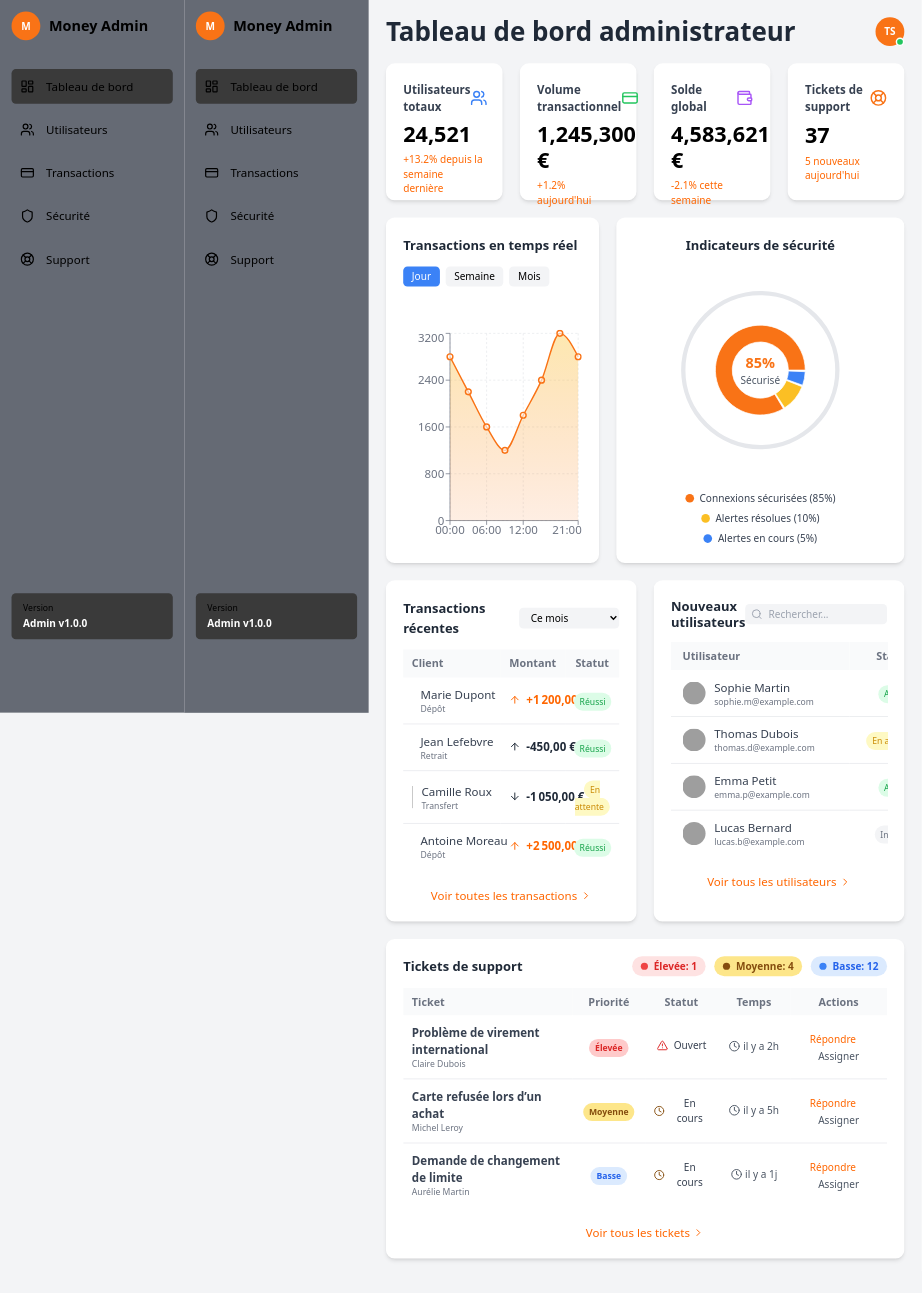
Repository: Edongo999/Dashboard
Page: /
The author's editor kept a copy of each file at every save. The page is drawn from the files as they stood at one save, then again after the next save.
The browser window is 1280 px wide. The pictures show the whole page, at 72% of full size.
Pictures or frames that could not be fetched are drawn as grey boxes. The project was rebuilt for these pictures with package versions that can differ from the ones it lists, and the page was loaded fresh each time. Also part of the build but not shown: vite.config.ts.

Above is the page before, as saved 2025-10-15 06:47:40.

### index.html
<!doctype html>
<html lang="en">
  <head>
    <meta charset="UTF-8" />
    <link rel="icon" type="image/svg+xml" href="/vite.svg" />
    <meta name="viewport" content="width=device-width, initial-scale=1.0" />
    <title>mon_dashboard</title>
  </head>
  <body>
    <div id="root"></div>
    <script type="module" src="/src/main.tsx"></script>
  </body>
</html>

### src/App.tsx
import Sidebar from "./components/Sidebar"
import StatBlock from "./components/StatBlock"
import UserAvatar from "./components/UserAvatar"
import RealtimeChart from "./components/RealtimeChart"
import SecurityIndicators from "./components/SecurityIndicators"
import RecentActivity from "./components/RecentActivity"
import NewUsersTable from "./components/NewUsersTable"
import SupportTickets from "./components/SupportTickets"
import { Users, CreditCard, Wallet, LifeBuoy } from "lucide-react"

const App = () => {
  const kpis = [
    {
      title: "Utilisateurs totaux",
      value: "24,521",
      subtext: "+13.2% depuis la semaine dernière",
      icon: <Users />,
      iconColor: "text-blue-500"
    },
    {
      title: "Volume transactionnel",
      value: "1,245,300 €",
      subtext: "+1.2% aujourd'hui",
      icon: <CreditCard />,
      iconColor: "text-green-500"
    },
    {
      title: "Solde global",
      value: "4,583,621 €",
      subtext: "-2.1% cette semaine",
      icon: <Wallet />,
      iconColor: "text-purple-500"
    },
    {
      title: "Tickets de support",
      value: "37",
      subtext: "5 nouveaux aujourd'hui",
      icon: <LifeBuoy />,
      iconColor: "text-orange-500"
    }
  ]

  return (
    <div className="flex min-h-screen bg-[#F3F4F6]">

      {/* ✅ Sidebar desktop avec fond gris dessous */}
      <div className="hidden lg:flex flex-col w-64 bg-[#F3F4F6]">
        <Sidebar />
        <div className="flex-1 bg-[#F3F4F6]" />
      </div>

      {/* ✅ Sidebar mobile en overlay */}
      <Sidebar />

      {/* ✅ Contenu principal */}
      <main className="flex-1 overflow-auto p-6">
        {/* ✅ Titre + avatar */}
        <div className="flex items-center justify-between mb-6">
          <h1 className="text-4xl font-bold text-gray-800">
            Tableau de bord administrateur
          </h1>
          <UserAvatar />
        </div>

        {/* ✅ Cartes KPI */}
        <div className="grid grid-cols-1 sm:grid-cols-2 lg:grid-cols-4 gap-6 mb-6">
          {kpis.map((kpi, i) => (
            <StatBlock key={i} {...kpi} />
          ))}
        </div>

        {/* ✅ Section monitoring élargie sur desktop */}
        <div className="grid grid-cols-1 lg:grid-cols-[1.6fr_400px] gap-6 mb-6 w-full">
          <RealtimeChart />
          <SecurityIndicators />
        </div>

        {/* ✅ Section activité + utilisateurs côte à côte */}
        <div className="grid grid-cols-1 lg:grid-cols-2 gap-6 mb-6">
          <RecentActivity />
          <NewUsersTable />
        </div>

        {/* ✅ Dernière section : tickets de support */}
        <div className="grid grid-cols-1 gap-6 mb-6">
          <SupportTickets />
        </div>
      </main>
    </div>
  )
}

export default App

### src/components/Sidebar.tsx
import {
  LayoutDashboard,
  Users,
  CreditCard,
  Shield,
  LifeBuoy,
  Menu
} from "lucide-react"
import { useState } from "react"

const Sidebar = () => {
  const [open, setOpen] = useState(false)
  const [active, setActive] = useState("Tableau de bord")

  const menuItems = [
    { label: "Tableau de bord", icon: <LayoutDashboard size={20} /> },
    { label: "Utilisateurs", icon: <Users size={20} /> },
    { label: "Transactions", icon: <CreditCard size={20} /> },
    { label: "Sécurité", icon: <Shield size={20} /> },
    { label: "Support", icon: <LifeBuoy size={20} /> }
  ]

  return (
    <>
      {/* ✅ Bouton hamburger mobile */}
      <button
        className="lg:hidden fixed top-4 left-4 z-50 bg-white p-2 rounded-md shadow-md"
        onClick={() => setOpen(!open)}
      >
        <Menu className="text-gray-800" />
      </button>

      {/* ✅ Sidebar avec hauteur visuelle limitée */}
      <aside
        className={`w-64 h-[990px] bg-[#656A74] text-neutral-content flex flex-col justify-between p-4 lg:block hidden`}
      >
        {/* ✅ Logo + titre */}
        <div>
          <div className="flex items-center gap-3 mb-10">
            <div className="bg-orange-500 text-white rounded-full w-10 h-10 flex items-center justify-center font-bold text-sm shrink-0">
              M
            </div>
            <span className="text-xl font-semibold whitespace-nowrap">Money Admin</span>
          </div>

          {/* ✅ Menu principal */}
          <ul className="space-y-3">
            {menuItems.map((item) => (
              <li key={item.label}>
                <a
                  onClick={() => setActive(item.label)}
                  className={`flex items-center gap-4 py-3 px-3 text-[16px] rounded-md transition-all duration-300 ${
                    active === item.label
                      ? "bg-[#3A3A3A]"
                      : "hover:bg-neutral-600 hover:scale-[1.02]"
                  }`}
                >
                  {item.icon}
                  {item.label}
                </a>
              </li>
            ))}
          </ul>
        </div>

        {/* ✅ Bloc version en bas */}
        <div className="mt-[440px]">
          <div className="bg-[#3A3A3A] rounded-md px-4 py-3 text-xs text-neutral-content/70">
            <p className="mb-1">Version</p>
            <span className="font-semibold text-sm text-white">Admin v1.0.0</span>
          </div>
        </div>
      </aside>
    </>
  )
}

export default Sidebar

### src/components/StatBlock.tsx
import { motion } from "framer-motion"

type StatBlockProps = {
  title: string
  value: string
  subtext: string
  icon: React.ReactNode
  iconColor: string
}

const StatBlock = ({ title, value, subtext, icon, iconColor }: StatBlockProps) => {
  return (
    <motion.div
      initial={{ opacity: 0, y: 30 }}
      animate={{ opacity: 1, y: 0 }}
      whileHover={{ scale: 1.03, y: -5 }}
      transition={{ duration: 0.3, ease: "easeOut" }}
      // 🔧 MODIFICATION ICI : largeur dynamique
      // Remplace `max-w-[240px]` par `flex-1` pour que chaque carte s’étire dans le layout
      className="bg-white shadow-md p-6 rounded-[12px] flex flex-col justify-between flex-1 h-[190px]"
    >
      <div className="flex justify-between items-center">
        <h3 className="text-base font-semibold text-gray-700">{title}</h3>
        <div className={`text-2xl ${iconColor}`}>{icon}</div>
      </div>
      <p className="text-3xl font-bold mt-2 text-black">{value}</p>
      <p className="text-sm mt-2 text-[#FF6600] font-medium">{subtext}</p>
    </motion.div>
  )
}

export default StatBlock

### src/components/UserAvatar.tsx
const UserAvatar = () => {
  return (
    <div className="relative">
      <div className="w-10 h-10 rounded-full bg-orange-500 text-white flex items-center justify-center font-bold text-sm">
        TS
      </div>
      <span className="absolute bottom-0 right-0 w-3 h-3 rounded-full border-2 border-white bg-green-500" />
    </div>
  )
}

export default UserAvatar

### src/components/RealtimeChart.tsx


import {
  AreaChart,
  Area,
  XAxis,
  YAxis,
  Tooltip,
  CartesianGrid,
  ResponsiveContainer
} from "recharts"
import { useState } from "react"

const datasets = {
  jour: [
    { time: "00:00", value: 2800 },
    { time: "03:00", value: 2200 },
    { time: "06:00", value: 1600 },
    { time: "09:00", value: 1200 },
    { time: "12:00", value: 1800 },
    { time: "15:00", value: 2400 },
    { time: "18:00", value: 3200 },
    { time: "21:00", value: 2800 }
  ],
  semaine: [
    { time: "Lun", value: 5400 },
    { time: "Mar", value: 6200 },
    { time: "Mer", value: 5800 },
    { time: "Jeu", value: 6900 },
    { time: "Ven", value: 7200 },
    { time: "Sam", value: 5100 },
    { time: "Dim", value: 4300 }
  ],
  mois: [
    { time: "S1", value: 18000 },
    { time: "S2", value: 22000 },
    { time: "S3", value: 19500 },
    { time: "S4", value: 25000 }
  ]
}

const RealtimeChart = () => {
  const [view, setView] = useState<"jour" | "semaine" | "mois">("jour")

  return (
    // ✅ Largeur fluide, hauteur augmentée
    <div className="bg-white rounded-[12px] shadow-md p-6 w-full flex flex-col justify-between min-h-[480px]">

      <div className="flex items-center justify-between flex-wrap gap-4 mb-4">
        <h2 className="text-lg font-semibold text-gray-800">Transactions en temps réel</h2>
        <div className="flex gap-2">
          {["jour", "semaine", "mois"].map((v) => (
            <button
              key={v}
              onClick={() => setView(v as "jour" | "semaine" | "mois")}
              className={`text-sm px-3 py-1 rounded-md ${
                view === v ? "bg-blue-500 text-white" : "bg-gray-100 hover:bg-gray-200"
              }`}
            >
              {v.charAt(0).toUpperCase() + v.slice(1)}
            </button>
          ))}
        </div>
      </div>

      <div className="w-full h-[300px]">
        <ResponsiveContainer width="100%" height="100%">
          <AreaChart data={datasets[view]}>
            <defs>
              <linearGradient id="colorValue" x1="0" y1="0" x2="0" y2="1">
                <stop offset="0%" stopColor="#FBBF24" stopOpacity={0.6} />
                <stop offset="100%" stopColor="#F97316" stopOpacity={0.2} />
              </linearGradient>
            </defs>
            <CartesianGrid strokeDasharray="3 3" stroke="#E5E7EB" />
            <XAxis dataKey="time" stroke="#6B7280" />
            <YAxis stroke="#6B7280" />
            <Tooltip
              contentStyle={{ backgroundColor: "#fff", borderRadius: "8px", border: "none" }}
              labelStyle={{ color: "#374151", fontWeight: "500" }}
            />
            <Area
              type="monotone"
              dataKey="value"
              stroke="#F97316"
              strokeWidth={2}
              fill="url(#colorValue)"
              dot={{ r: 4, stroke: "#F97316", strokeWidth: 2, fill: "#fff" }}
            />
          </AreaChart>
        </ResponsiveContainer>
      </div>
    </div>
  )
}

export default RealtimeChart

### src/components/SecurityIndicators.tsx
import {
  PieChart,
  Pie,
  Cell,
  ResponsiveContainer
} from "recharts"

type SecurityLabel = "Connexions sécurisées" | "Alertes résolues" | "Alertes en cours"

const rawData: { name: SecurityLabel; value: number }[] = [
  { name: "Connexions sécurisées", value: 85 },
  { name: "Alertes résolues", value: 10 },
  { name: "Alertes en cours", value: 5 }
]

const COLOR_MAP: Record<SecurityLabel, string> = {
  "Connexions sécurisées": "#F97316",
  "Alertes résolues": "#FBBF24",
  "Alertes en cours": "#3B82F6"
}

const SecurityIndicators = () => {
  const total = rawData.reduce((sum, item) => sum + item.value, 0)

  const data = rawData.map((item) => ({
    ...item,
    percent: ((item.value / total) * 100).toFixed(0) + "%",
    color: COLOR_MAP[item.name]
  }))

  return (
    // ✅ Largeur fluide, aligné à gauche sur desktop, centré sur mobile
    <div className="bg-white rounded-[12px] shadow-md p-6 w-full lg:mx-0 mx-auto flex flex-col items-center justify-between min-h-[480px]">

      {/* ✅ Titre centré */}
      <h2 className="text-lg font-semibold text-gray-800 text-center">Indicateurs de sécurité</h2>

      {/* ✅ Donut centré */}
      <div className="relative flex items-center justify-center mt-4 mb-6 w-full aspect-square max-w-[220px]">
        <div className="w-full h-full rounded-full border-[6px] border-gray-200 flex items-center justify-center">
          <div className="w-[80%] h-[80%]">
            <ResponsiveContainer width="100%" height="100%">
              <PieChart>
                <Pie
                  data={data}
                  dataKey="value"
                  innerRadius="50%"
                  outerRadius="80%"
                  paddingAngle={2}
                >
                  {data.map((item) => (
                    <Cell key={item.name} fill={item.color} />
                  ))}
                </Pie>
              </PieChart>
            </ResponsiveContainer>
          </div>

          {/* ✅ Texte centré dans le donut */}
          <div className="absolute text-center">
            <p className="text-xl font-bold text-orange-500">85%</p>
            <p className="text-sm text-gray-600">Sécurisé</p>
          </div>
        </div>
      </div>

      {/* ✅ Légende centrée */}
      <div className="flex flex-col items-center gap-2 text-sm text-gray-700">
        {data.map((item) => (
          <div key={item.name} className="flex items-center gap-2">
            <span
              className="w-3 h-3 rounded-full"
              style={{ backgroundColor: item.color }}
            />
            <span>{item.name} ({item.percent})</span>
          </div>
        ))}
      </div>
    </div>
  )
}

export default SecurityIndicators

### src/components/NewUsersTable.tsx
import { ChevronRight, Search, X } from "lucide-react"
import { useState } from "react"

// ✅ Liste des utilisateurs (tu peux ajouter le champ avatar si tu veux gérer les images)
const users = [
  {
    name: "Sophie Martin",
    email: "sophie.m@example.com",
    status: "Actif",
    date: "14 juin 2023",
    avatar: "/src/assets/images/sophie.jpg" // 👉 Tu insères tes propres images ici
  },
  {
    name: "Thomas Dubois",
    email: "thomas.d@example.com",
    status: "En attente",
    date: "10 juin 2023",
    avatar: "/src/assets/images/thomas.jpg"
  },
  {
    name: "Emma Petit",
    email: "emma.p@example.com",
    status: "Actif",
    date: "8 juin 2023",
    avatar: "/src/assets/images/emma.jpg"
  },
  {
    name: "Lucas Bernard",
    email: "lucas.b@example.com",
    status: "Inactif",
    date: "5 juin 2023",
    avatar: "/src/assets/images/lucas.jpg"
  }
]

const NewUsersTable = () => {
  const [zoomedImage, setZoomedImage] = useState<string | null>(null)

  return (
    <div className="bg-white rounded-[12px] shadow-md p-6 w-full lg:max-w-[600px]">

      {/* ✅ Titre + barre de recherche sur la même ligne */}
      <div className="flex justify-between items-center mb-4">
        <h2 className="text-lg font-bold text-gray-800 leading-tight">
          Nouveaux<br />utilisateurs
        </h2>
        <div className="relative w-[240px]">
          <input
            type="text"
            placeholder="Rechercher..."
            className="text-sm bg-gray-100 pl-8 pr-3 py-1 rounded-md w-full"
          />
          <Search className="absolute left-2 top-1.5 w-4 h-4 text-gray-400" />
        </div>
      </div>

      {/* ✅ Tableau avec animation et zoom image */}
      <div className="overflow-x-auto">
        <table className="min-w-[500px] w-full text-[15px] text-left">
          <thead>
            <tr className="bg-[#F9FAFB] text-gray-500 font-normal">
              <th className="py-2 px-4">Utilisateur</th>
              <th className="py-2 px-4 text-center">Statut</th>
              <th className="py-2 px-4 text-center">Inscription</th>
            </tr>
          </thead>
          <tbody className="divide-y divide-gray-200">
            {users.map((user, i) => {
              const statusColor =
                user.status === "Actif"
                  ? "bg-green-100 text-green-600"
                  : user.status === "En attente"
                  ? "bg-yellow-100 text-yellow-600"
                  : "bg-gray-100 text-gray-500"

              return (
                <tr
                  key={i}
                  className="text-gray-700 align-middle text-[16px] transition duration-200 hover:bg-gray-50"
                >
                  <td className="py-3 px-4">
                    <div className="flex items-center gap-3">
                      {/* ✅ Avatar avec effet de zoom et icône d’indication */}
                      <div
                        className="relative group cursor-pointer"
                        onClick={() => setZoomedImage(user.avatar)}
                      >
                        <img
                          src={user.avatar}
                          alt={user.name}
                          className="w-8 h-8 rounded-full object-cover transition-transform duration-300 group-hover:scale-110"
                        />
                        {/* ✅ Indicateur visuel au survol */}
                        <div className="absolute inset-0 rounded-full bg-black bg-opacity-30 opacity-0 group-hover:opacity-100 flex items-center justify-center transition-opacity">
                          <span className="text-white text-xs">🔍</span>
                        </div>
                      </div>

                      {/* ✅ Nom + email */}
                      <div className="whitespace-nowrap">
                        <p className="font-medium">{user.name}</p>
                        <p className="text-xs text-gray-500">{user.email}</p>
                      </div>
                    </div>
                  </td>

                  {/* ✅ Statut avec badge coloré */}
                  <td className="py-3 px-4 text-center">
                    <span className={`px-2 py-1 rounded-full text-xs font-medium ${statusColor}`}>
                      {user.status}
                    </span>
                  </td>

                  {/* ✅ Date d’inscription */}
                  <td className="py-3 px-4 text-center">
                    <span className="text-sm text-gray-600">{user.date}</span>
                  </td>
                </tr>
              )
            })}
          </tbody>
        </table>
      </div>

      {/* ✅ Bouton en bas */}
        <div className="mt-6 flex justify-center">
    <button className="text-base text-[#FF6600] font-medium hover:underline flex items-center gap-1">
        Voir tous les utilisateurs <ChevronRight className="w-4 h-4" style={{ color: "#FF6600" }} />
    </button>
    </div>


      {/* ✅ Modal zoom image */}
      {zoomedImage && (
        <div className="fixed inset-0 bg-black bg-opacity-60 flex items-center justify-center z-50">
          <div className="relative bg-white rounded-lg p-4 shadow-lg max-w-sm w-full">
            <button
              onClick={() => setZoomedImage(null)}
              className="absolute top-2 right-2 text-gray-500 hover:text-gray-800"
            >
              <X className="w-5 h-5" />
            </button>
            <img
              src={zoomedImage}
              alt="Zoom"
              className="w-full h-auto rounded-md object-cover"
            />
          </div>
        </div>
      )}
    </div>
  )
}

export default NewUsersTable

Loaded but not shown: src/main.tsx (common file); src/index.css (common file); tailwind.config.js (26 lines, source omitted); src/components/SupportTickets.tsx (161 lines, source omitted); src/components/RecentActivity.tsx (162 lines, source omitted)

After the next save:
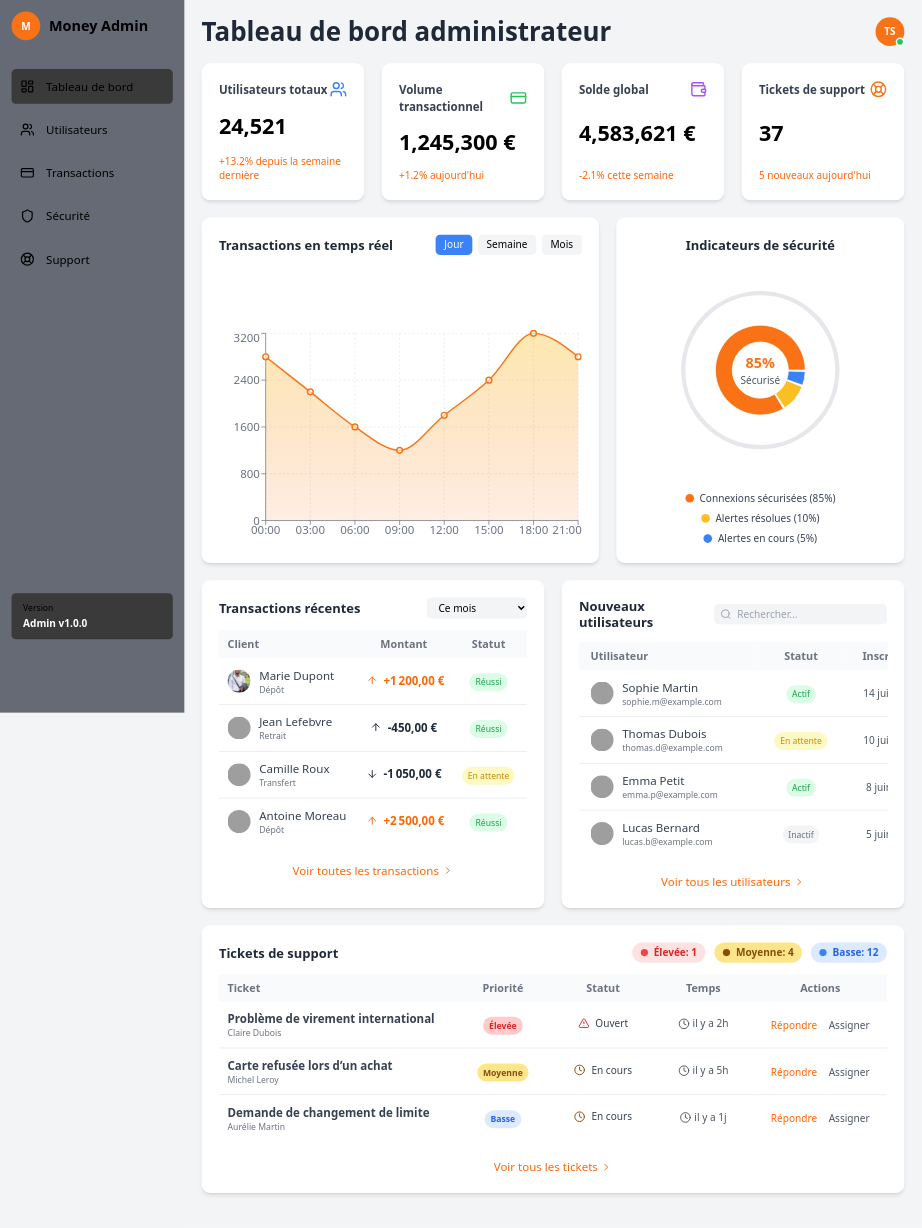
Saved 2 min 15 s later.
--- a/src/App.tsx
+++ b/src/App.tsx
@@ -49,8 +49,10 @@ const App = () => {
         <div className="flex-1 bg-[#F3F4F6]" />
       </div>
 
-      {/* ✅ Sidebar mobile en overlay */}
-      <Sidebar />
+      {/* ✅ Sidebar mobile visible uniquement en petit écran */}
+      <div className="lg:hidden">
+        <Sidebar />
+      </div>
 
       {/* ✅ Contenu principal */}
       <main className="flex-1 overflow-auto p-6">
